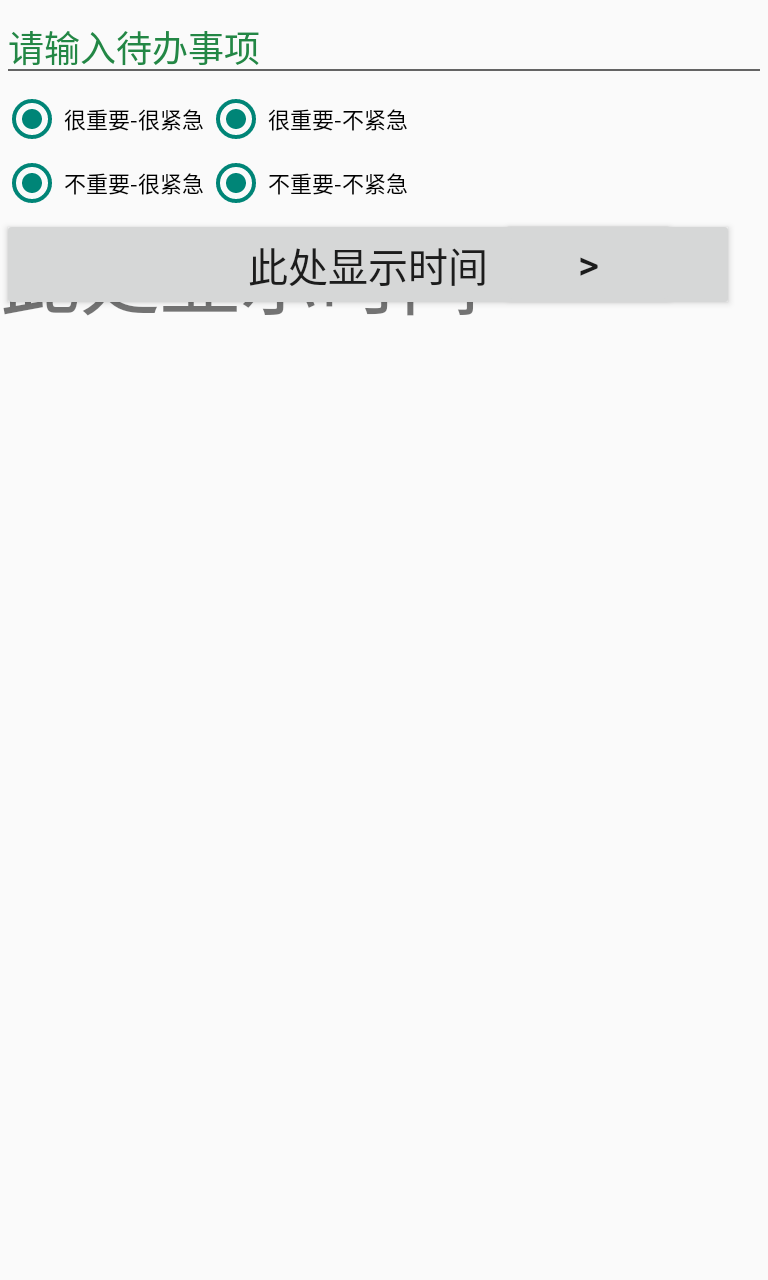
Repository: sh-zh-en/NBTodo
Layout: nbtodo/NBTodo/res/layout/addition_task_layout.xml
The author's editor kept a copy of each file at every save. The layout is drawn from the files as they stood at one save, then again after the next save.
It is drawn on a 768 x 1280 px phone screen (xhdpi) without system bars, with theme AppTheme; the app's code is not run.

Above is the layout before, as saved 2015-02-12 17:49:36.

### nbtodo/NBTodo/res/layout/addition_task_layout.xml
<?xml version="1.0" encoding="utf-8"?>
<LinearLayout xmlns:android="http://schemas.android.com/apk/res/android"
    android:layout_width="match_parent"
    android:layout_height="match_parent"
    android:layout_gravity="bottom"
    android:orientation="vertical" >

    android:orientation="horizontal" >

    <EditText
	    android:id="@+id/edit_text1"
	    android:layout_width="fill_parent"
	    android:layout_height="wrap_content"
	    android:maxLength="40"
	    android:hint="@string/addition_task_layout_edittext01"
	    android:textColorHint="#238745"/>

    <RadioGroup
        android:id="@+id/radiogroup1"
        android:layout_width="wrap_content"
        android:layout_height="wrap_content"
        android:orientation="vertical"
          >
		<LinearLayout
			android:layout_width="match_parent"
			android:layout_height="match_parent"
			android:orientation="horizontal" >

		     <RadioButton
	            android:id="@+id/radiobutton1"
	            android:layout_width="wrap_content"
	            android:layout_height="wrap_content"
	            android:layout_weight="1"
	            android:gravity="center"
	            android:text="@string/addition_task_layout_radiobutton01"
	            android:textSize="11.0sp"
	            android:checked="true"
	            />

	        <RadioButton
	            android:id="@+id/radiobutton2"
	            android:layout_width="wrap_content"
	            android:layout_height="wrap_content"
	            android:gravity="center"
	            android:text="@string/addition_task_layout_radiobutton02"
	            android:textColor="@android:color/black"
	            android:textSize="11.0sp"
	            android:checked="true"
	            />

		</LinearLayout>
 		<LinearLayout
			android:layout_width="match_parent"
			android:layout_height="match_parent"
			android:orientation="horizontal" >

 		    <RadioButton
	            android:id="@+id/radiobutton3"
	            android:layout_width="wrap_content"
	            android:layout_height="wrap_content"
	            android:layout_weight="3"
	            android:gravity="center"
	            android:text="@string/addition_task_layout_radiobutton03"
	            android:textColor="@android:color/black"
	            android:textSize="11.0sp"
	            android:checked="true"
	             />

	        <RadioButton
	            android:id="@+id/radiobutton4"
	            android:layout_width="wrap_content"
	            android:layout_height="wrap_content"
	            android:gravity="center"
	            android:text="@string/addition_task_layout_radiobutton04"
	            android:textColor="@android:color/black"
	            android:textSize="11.0sp"
	            android:checked="true"
	           />


		</LinearLayout>


    </RadioGroup>

    <FrameLayout
        android:layout_width="match_parent"
        android:layout_height="match_parent"
        android:layout_gravity="bottom"
        android:layout_marginRight="@dimen/abc_action_bar_icon_vertical_padding_material"
        android:orientation="vertical" >

		<TextView
		    android:id="@+id/dateAndTime"
		    android:layout_width="fill_parent"
		    android:layout_height="wrap_content"
		    android:lines="1"
		    android:text="@string/show_time"
		    android:textSize="40sp"
		     />
		<Button
		    android:id="@+id/showDate"
		    android:layout_width="fill_parent"
		    android:layout_height="wrap_content"
		    android:layout_weight="1"
		    android:text="@string/show_time"
		    android:textSize="20sp"/>
		<Button
		    android:id="@+id/setDate"
		    android:layout_width="wrap_content"
		    android:layout_height="wrap_content"
		    android:layout_marginLeft="250dp"
		    android:text=">"
		    android:textSize="20sp"/>

	    </FrameLayout>

</LinearLayout>

### nbtodo/NBTodo/res/values/strings.xml
<?xml version="1.0" encoding="utf-8"?>
<resources>

    <string name="app_name">NBTodo</string>
    <string name="hello_world">Hello world!</string>
    <string name="action_settings">Settings</string>


    <string name="activity_nbtodo_main_button01">添加任务</string>


    <string name="addition_task_layout_edittext01">请输入待办事项</string>
    <string name="addition_task_layout_radiobutton01">很重要-很紧急</string>
    <string name="addition_task_layout_radiobutton02">很重要-不紧急</string>
    <string name="addition_task_layout_radiobutton03">不重要-很紧急</string>
    <string name="addition_task_layout_radiobutton04">不重要-不紧急</string>
    <string name="show_time">此处显示时间</string>




</resources>

Loaded but not shown: nbtodo/NBTodo/res/values/styles.xml (common file); nbtodo/NBTodo/res/values-v11/styles.xml (common file); nbtodo/NBTodo/res/values-v14/styles.xml (common file)

After the next save:
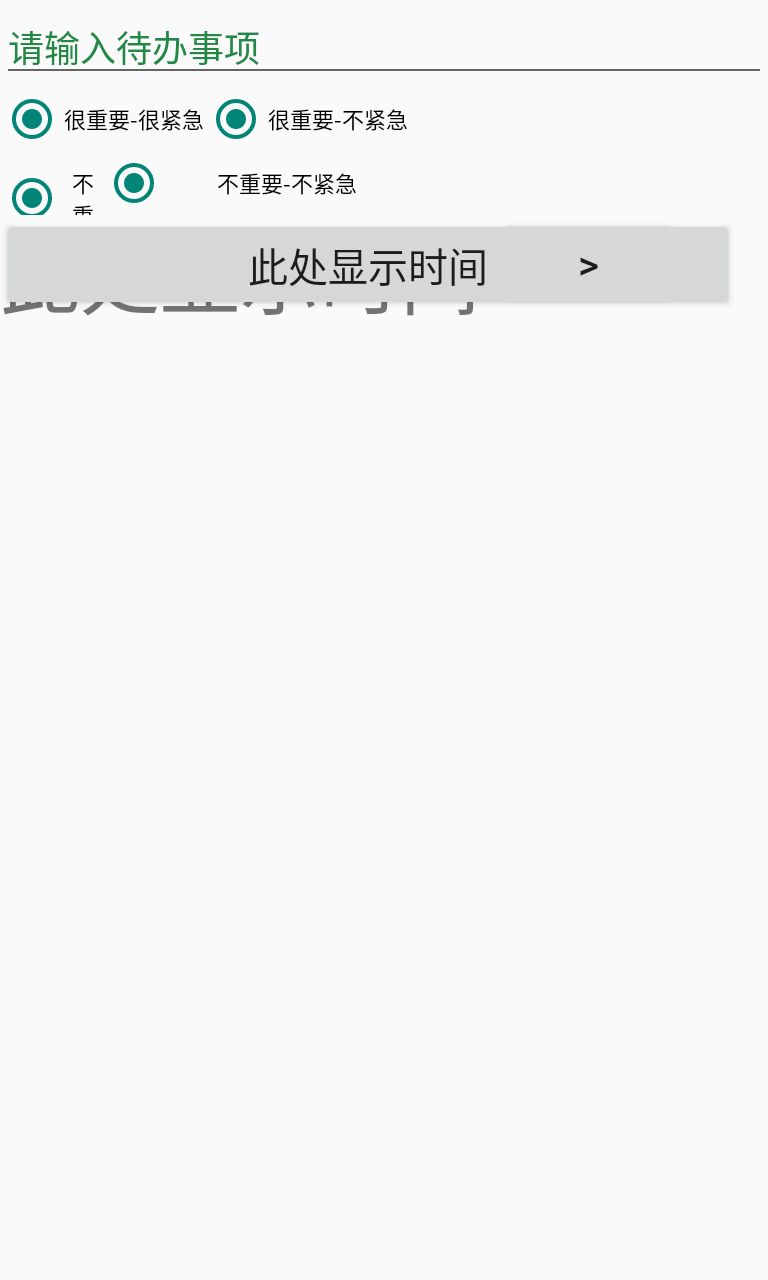
Saved 3 min 48 s later.
--- a/nbtodo/NBTodo/res/layout/addition_task_layout.xml
+++ b/nbtodo/NBTodo/res/layout/addition_task_layout.xml
@@ -56,12 +56,14 @@
 
  		    <RadioButton
 	            android:id="@+id/radiobutton3"
-	            android:layout_width="wrap_content"
+	            android:layout_width="0dp"
 	            android:layout_height="wrap_content"
 	            android:layout_weight="3"
 	            android:gravity="center"
 	            android:text="@string/addition_task_layout_radiobutton03"
 	            android:textColor="@android:color/black"
+                android:gravity="center"
+	            android:layout_weight="1"
 	            android:textSize="11.0sp"
 	            android:checked="true"
 	             />
@@ -73,6 +75,8 @@
 	            android:gravity="center"
 	            android:text="@string/addition_task_layout_radiobutton04"
 	            android:textColor="@android:color/black"
+                android:gravity="center"
+	            android:layout_weight="1"
 	            android:textSize="11.0sp"
 	            android:checked="true"
 	           />

After the save that followed:
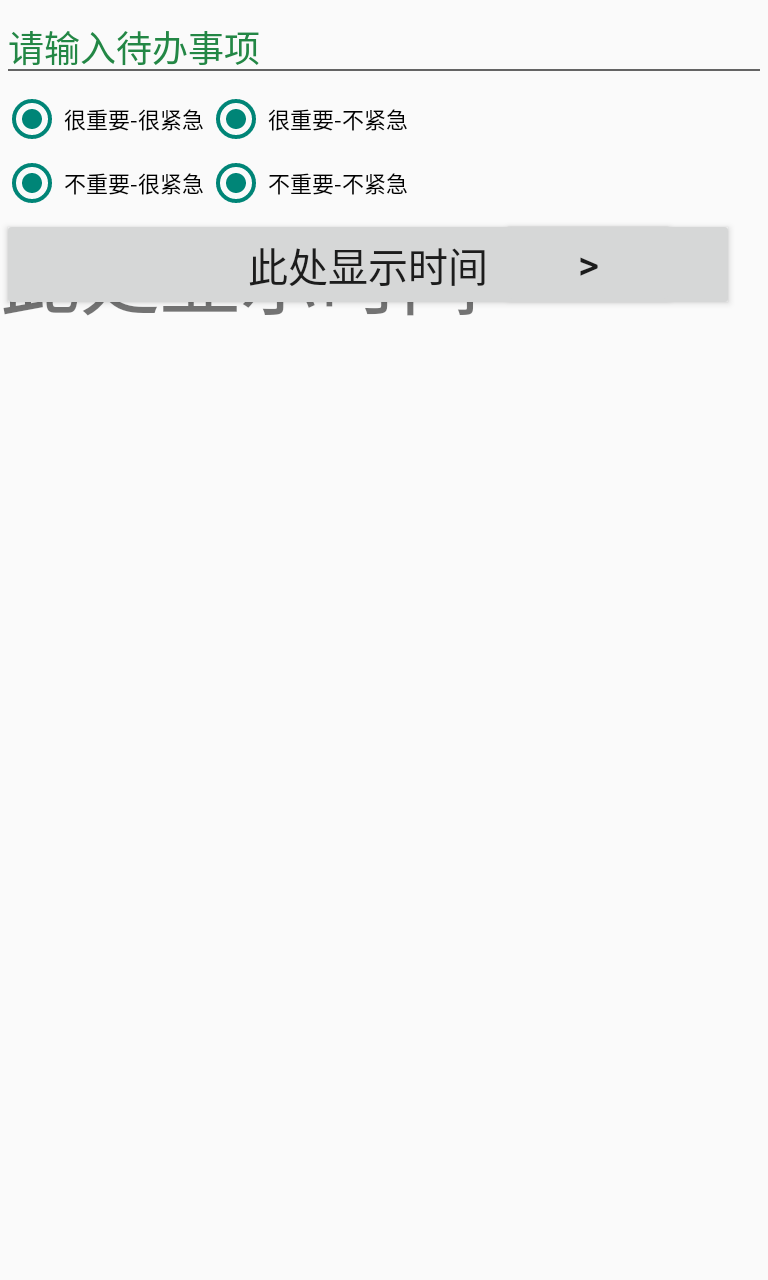
Saved 12 s later.
--- a/nbtodo/NBTodo/res/layout/addition_task_layout.xml
+++ b/nbtodo/NBTodo/res/layout/addition_task_layout.xml
@@ -56,7 +56,7 @@
 
  		    <RadioButton
 	            android:id="@+id/radiobutton3"
-	            android:layout_width="0dp"
+	            android:layout_width="wrap_content"
 	            android:layout_height="wrap_content"
 	            android:layout_weight="3"
 	            android:gravity="center"
